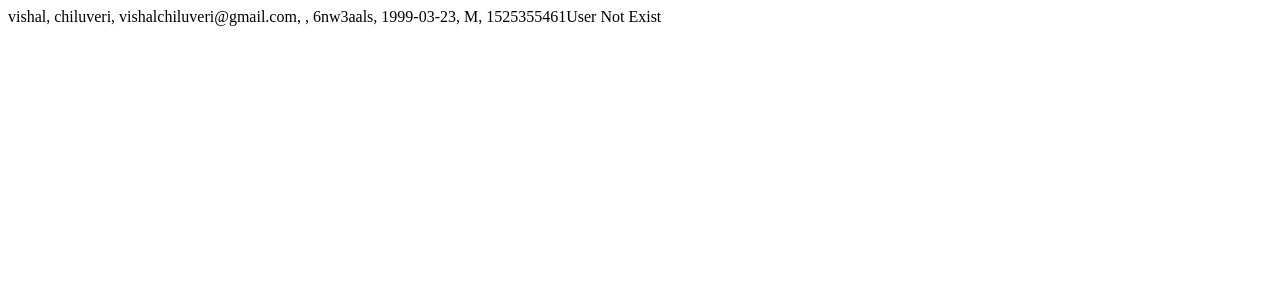
Repository: ironmanvim/CodeChat
Page: http://localhost/test.php
These files come from the project's save history. The page is drawn as it stood at one moment and after the next save; the edit follows.
The browser window is 1280 px wide. The pictures show the whole page.
The page is run by PHP 8.4 with error messages shown; the project is at /var/www/html/. Queries for data that is not in the repository find no rows.

Above is the page before, as saved 2018-05-04 07:22:57.

### php/test.php
<?php
require_once 'user.php';
$info = new User();
$info->getUser('vishalchiluveri@gmail.com', '6nw3aals');
if(!$info->wmsg) {
    $a = $info->getName();
    echo $a;
} else {
    $info->showError();
}
?>

### php/user.php
<?php
require_once 'info.php';
class User {
    private $first_name,$last_name,$email,$phone,$pass,$birthday,$gender,$online_time;
    public $wmsg = 0;

    //gets info of user with email or phone and password
    function getUser($user, $pass) {
        $this->wmsg = 0;
        if(preg_match("/^[_a-z0-9-]+(\.[_a-z0-9-]+)*@[a-z0-9-]+(\.[a-z0-9-]+)*(\.[a-z]{2,})$/i", $user))
            $result = queryMysql("SELECT * FROM members WHERE email='$user' AND pass='$pass'");
        else if(preg_match("/^[1-9][0-9]{9,10}$/", $user))
            $result = queryMysql("SELECT * FROM members WHERE phone='$user' AND pass='$pass'");
        else {
            $this->wmsg = 3; //Invalid phone or email error
            return;
        }
        if($result->num_rows == 1) {
            $row = $result->fetch_assoc();
            $this->first_name = $row['first_name'];
            $this->last_name = $row['last_name'];
            $this->email = $row['email'];
            $this->phone = $row['phone'];
            $this->pass = $row['pass'];
            $this->birthday = $row['birthday'];
            $this->gender = $row['gender'];
            $this->online_time = $row['online_time'];
        }
        else {
            $this->wmsg = 2; //User not exist error
        }
    }

    //create user
    function createUser($user, $pass, $first_name, $last_name, $birthday, $gender) {
        $this->wmsg = 0;
        $user = sanitizeString($user);
        $pass = sanitizeString($pass);
        $first_name = sanitizeString($first_name);
        $last_name = sanitizeString($last_name);
        $birthday = sanitizeString($birthday);
        $gender = sanitizeString($gender);
        $email = "";
        $phone = "";
        if(preg_match("/^[_a-z0-9-]+(\.[_a-z0-9-]+)*@[a-z0-9-]+(\.[a-z0-9-]+)*(\.[a-z]{2,})$/i", $user))
            $email = $user;
        else if(preg_match("/^[1-9][0-9]{9,10}$/", $user))
            $phone = $user;
        else {
            $this->wmsg = 4; //invalid email or phone
            return;
        }
        $time = time();
        $query = queryMysql("SELECT * FROM members where email = '$email' and phone = '$phone'");
        if(!$query->num_rows) {
            $result = queryMysql("INSERT INTO members VALUES('$first_name', '$last_name', '$email', '$phone', '$pass', '$birthday', '$gender', '$time', NULL)");
            $this->first_name = $first_name;
            $this->last_name = $last_name;
            $this->birthday = $birthday;
            $this->email = $email;
            $this->phone = $phone;
            $this->pass = $pass;
            $this->gender = $gender;
            $this->online_time = $time;
        }
        else
            $this->wmsg = 1; //User already exist error
    }

    //display all data
    function showUser() {
        if(isset($this->email))
            echo "$this->first_name, $this->last_name, $this->email, $this->phone, $this->pass, $this->birthday, $this->gender, $this->online_time";
        else
            echo "Nothing to display";
    }

    function getFirstName() {
        return $this->first_name;
    }

    function getLastName() {
        return $this->last_name;
    }

    function getEmail() {
        return $this->email;
    }

    function getPhone() {
        return $this->phone;
    }

    function getBirthday() {
        return $this->birthday;
    }

    function getOnlineTime() {

    }

    function showError() {
        if($this->wmsg == 0)
            echo "No error";
        else if($this->wmsg == 1)
            echo "User Already Exist";
        else if($this->wmsg == 2)
            echo "User Not Exist";
        else if($this->wmsg == 3)
            echo "Invalid Email or Phone in getting user";
        else if($this->wmsg == 4)
            echo "Invalid Email or Phone in creating user";
    }
}


$test = new User();
$test->createUser('vishalchiluveri@gmail.com', '6nw3aals', 'vishal', 'chiluveri', '1999-03-23', 'M');
if(!$test->wmsg)
    $test->showUser();
else die($test->showError());
?>

### php/info.php
<?php
  $dbhost  = 'localhost';
  $dbname  = 'codechat';
  $dbuser  = 'root';
  $dbpass  = '6nw3aals';

  $connection = new mysqli($dbhost, $dbuser, $dbpass, $dbname);
  if ($connection->connect_error) die($connection->connect_error);

  function createTable($name, $query)
  {
    queryMysql("CREATE TABLE IF NOT EXISTS $name($query)");
    echo "Table '$name' created or already exists.<br>";
  }

  function deleteTable($name)
  {
      queryMysql("DROP TABLE $name");
      echo "Table '$name' dropped";
  }

  function queryMysql($query)
  {
    global $connection;
    $result = $connection->query($query);
    if (!$result) die($connection->error);
    return $result;
  }

  function destroySession()
  {
    $_SESSION=array();

    if (session_id() != "" || isset($_COOKIE[session_name()]))
      setcookie(session_name(), '', time()-2592000, '/');

    session_destroy();
  }

  function sanitizeString($var)
  {
    global $connection;
    $var = strip_tags($var);
    $var = htmlentities($var);
    $var = stripslashes($var);
    return $connection->real_escape_string($var);
  }
?>

After the next save:
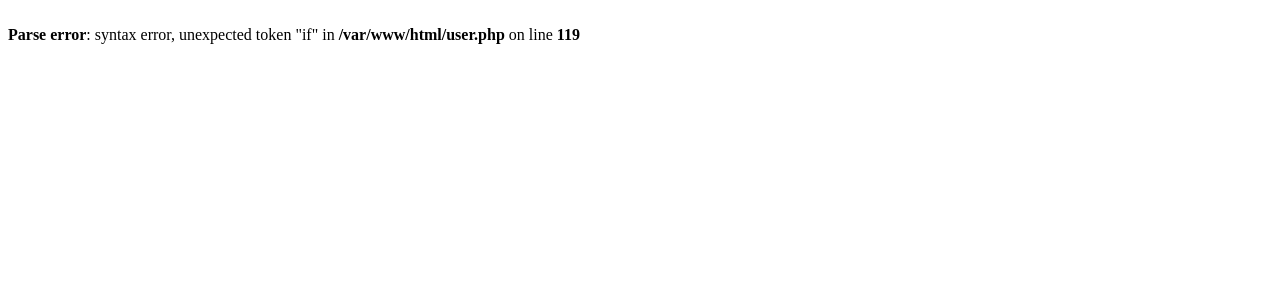
Saved 2 min 49 s later.
--- a/php/user.php
+++ b/php/user.php
@@ -115,7 +115,7 @@ class User {
 
 
 $test = new User();
-$test->createUser('vishalchiluveri@gmail.com', '6nw3aals', 'vishal', 'chiluveri', '1999-03-23', 'M');
+$test->getUser('vishalchiluveri@gmail.com', '6nw3aals')
 if(!$test->wmsg)
     $test->showUser();
 else die($test->showError());
